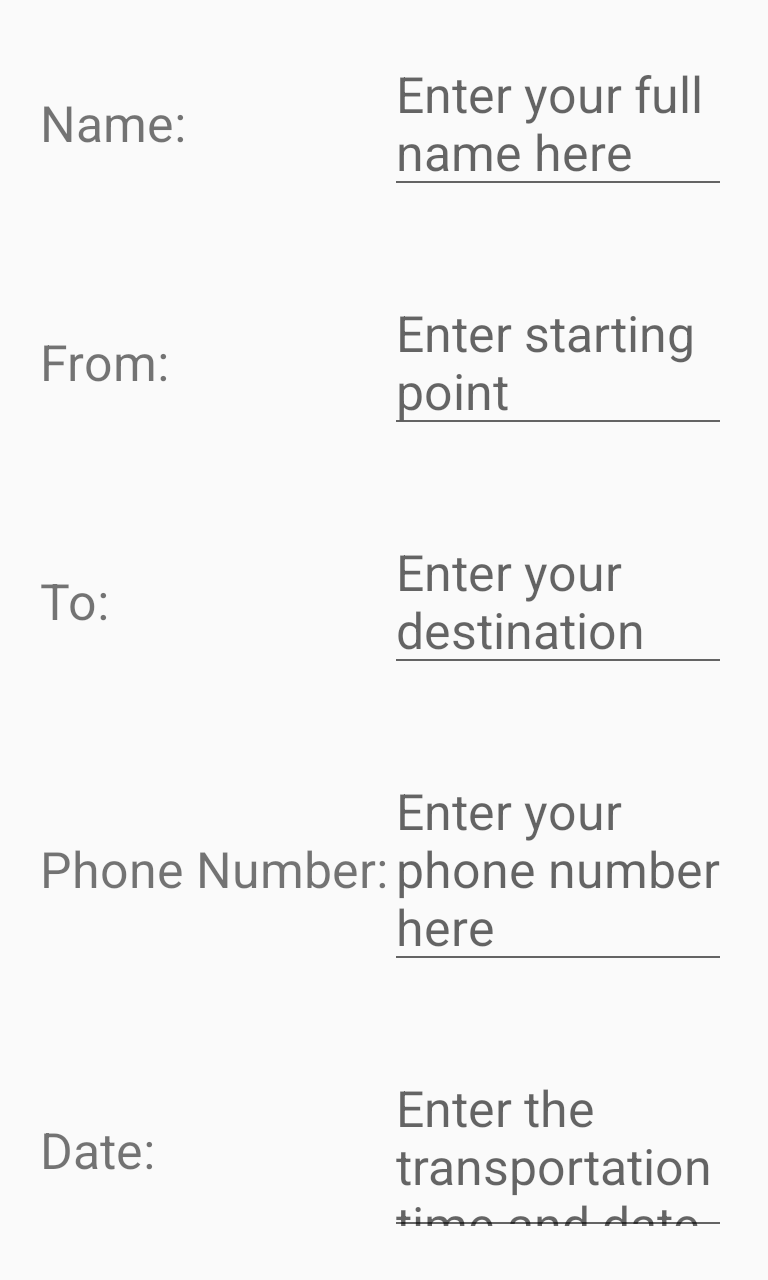
Repository: TewodrosT/LiLY
Layout: TransportationLily/res/layout/activity_main.xml
These files come from the project's save history. The layout is drawn as it stood at one moment and after the next save; the edit follows.
It is drawn on a 768 x 1280 px phone screen (xhdpi) without system bars, with theme AppTheme; the app's code is not run.

Above is the layout before, as saved 2014-08-06 11:29:21.

After the next save:
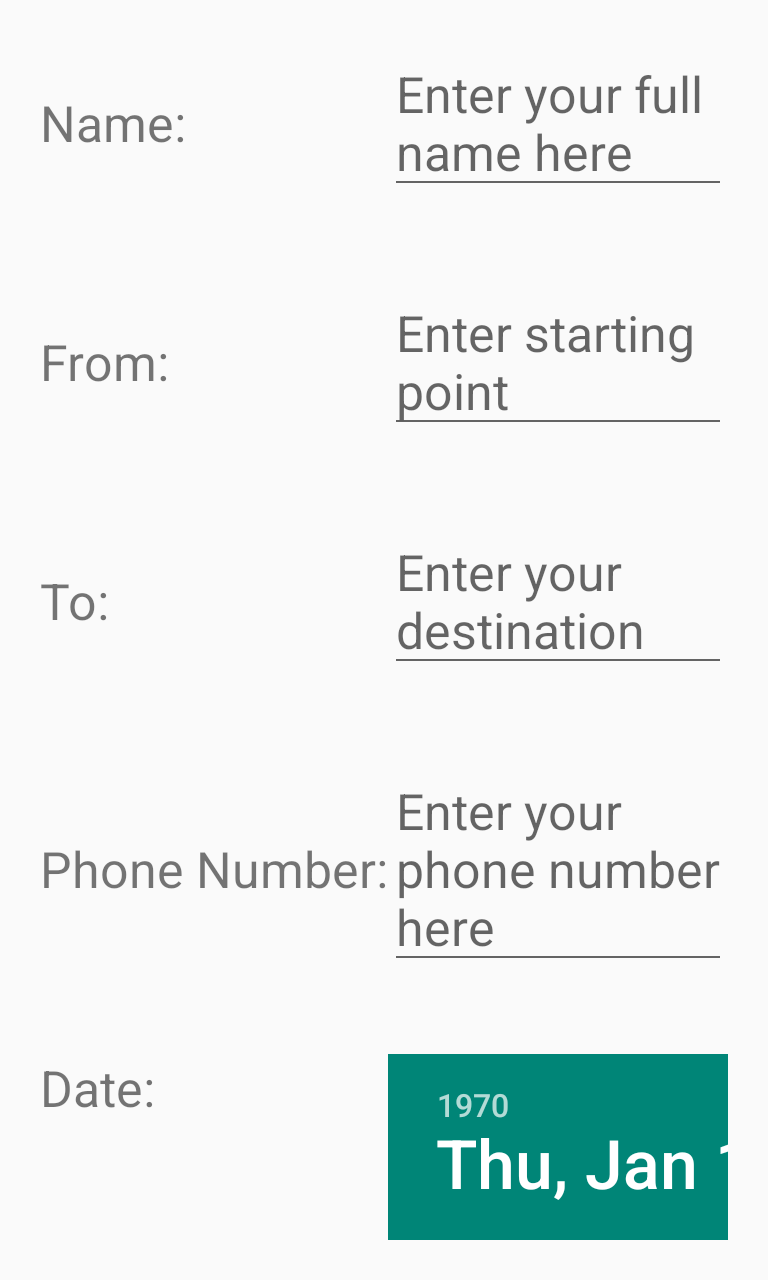
Saved 2 min 15 s later.
--- a/TransportationLily/res/layout/activity_main.xml
+++ b/TransportationLily/res/layout/activity_main.xml
@@ -101,13 +101,11 @@
                 android:text="@string/date_time"
                 android:textSize="25sp" />
 
-            <EditText
+            <DatePicker
+                android:id="@+id/date"
+                android:layout_height="wrap_content"
+                android:layout_weight="wrap_content" />
 
-                android:layout_width="0dp"
-                android:layout_height="wrap_content"
-                android:layout_weight="1"
-                android:hint="@string/typein_date"
-                android:textSize="25sp" />
         </TableRow>
 
 
